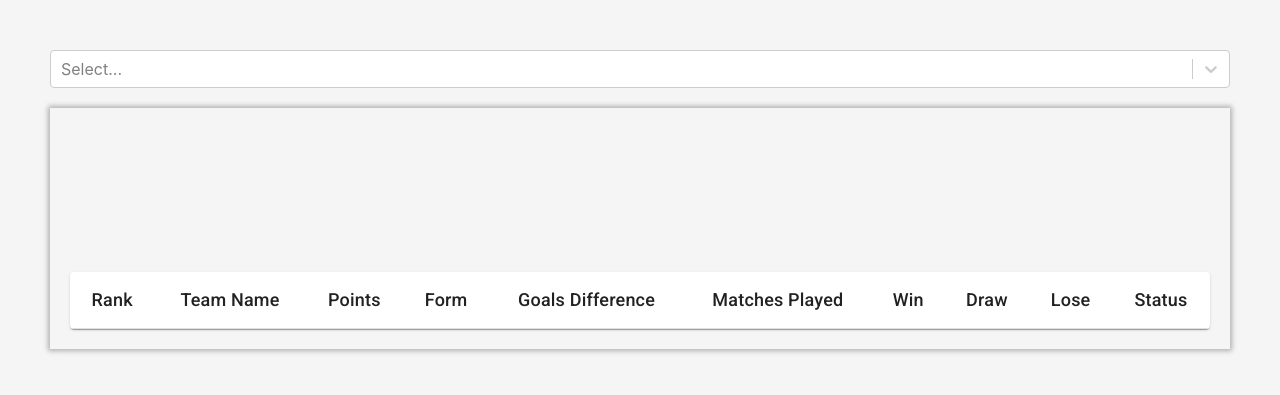
Repository: JorSargsyan/FootballApp
Page: /
An editor plug-in stored every save of this project. The page is shown before and after the next save, followed by the edit.
The browser window is 1280 px wide. The pictures show the whole page.
The page's requests for data from a server got no answer. The project was rebuilt for these pictures with package versions that can differ from the ones it lists, and the page was loaded fresh each time. No one was signed in, and anything a server would have sent is missing.

Above is the page before, as saved 2019-07-13 17:11:57.

After the next save:
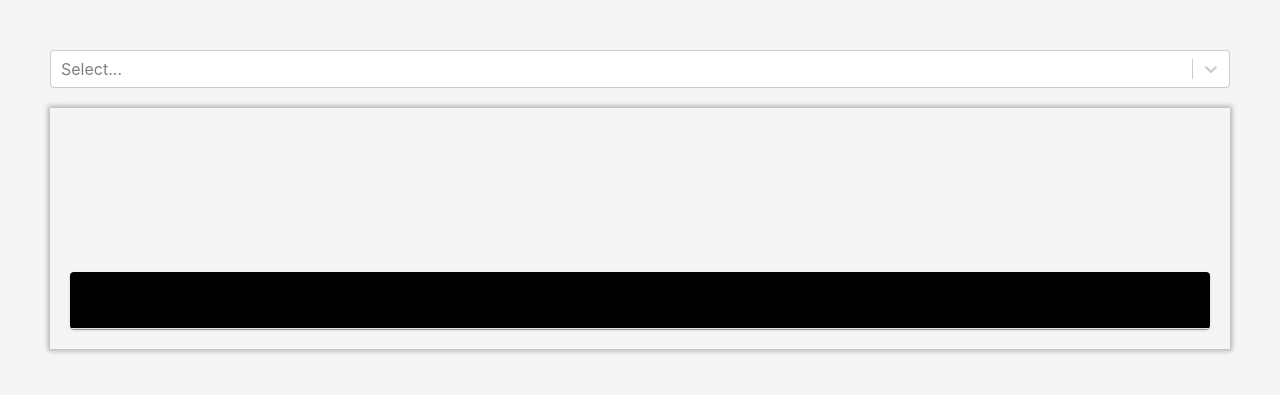
Saved 51 s later.
--- a/src/components/common/Table.js
+++ b/src/components/common/Table.js
@@ -30,6 +30,9 @@ const useStyles = makeStyles(theme => ({
     alignItems: "center",
     fontSize:"18px",
     textAlign: "center"
+  },
+  tableHead:{
+      background:"black"
   }
 }));
 
